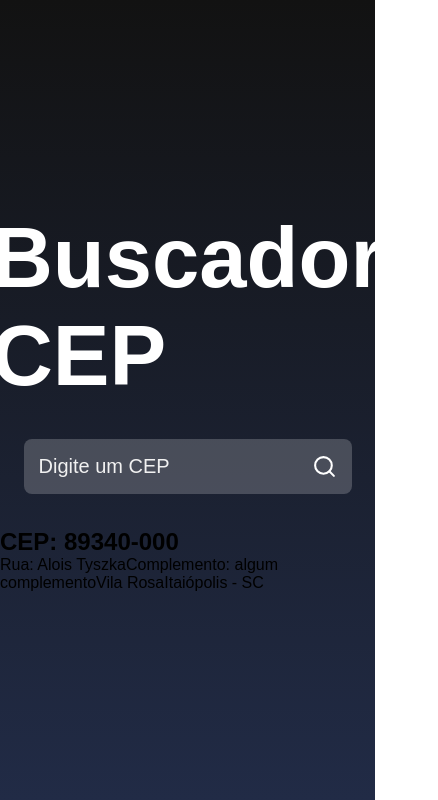
Repository: WelyntonRenan/buscador-cep
Page: / (app in buscador/)
An editor plug-in stored every save of this project. The page is shown before and after the next save, followed by the edit.
The browser window is 375 px wide. The page is 384 px wide, then 438 px, so the pictures cover 438 px, including what lies to the right of the window. The pictures show the whole page.
The project was rebuilt for these pictures with package versions that can differ from the ones it lists, and the page was loaded fresh each time.

Above is the page before, as saved 2022-11-13 23:52:00.

After the next save:
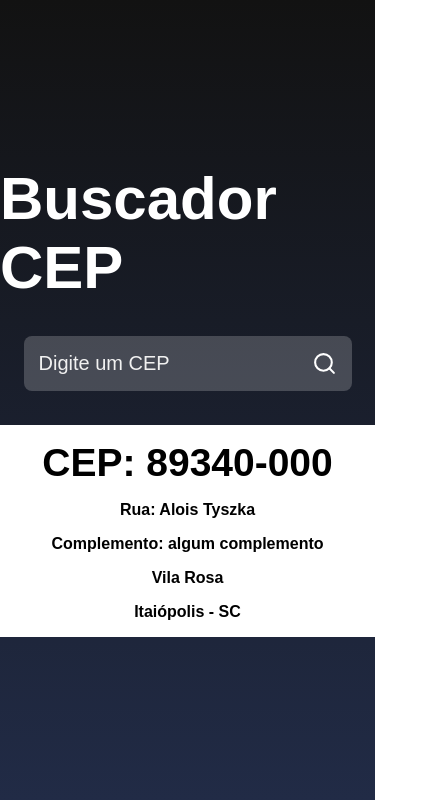
Saved 3 min 21 s later.
--- a/buscador/src/styles.css
+++ b/buscador/src/styles.css
@@ -58,3 +58,29 @@
 .buttonSearch:hover {
   transform: scale(1.2);
 }
+
+.main {
+  display: flex;
+  justify-content: center;
+  align-items: center;
+  flex-direction: column;
+  background-color: #fff;
+  width: 500px;
+  border-radius: 8px;
+}
+
+.main h2 {
+  margin: 16px 0;
+  font-size: 39px;
+}
+
+.main span {
+  margin-bottom: 16px;
+  font-weight: bold;
+}
+
+@media (max-width: 620px) {
+  .title {
+    font-size: 60px;
+  }
+}
